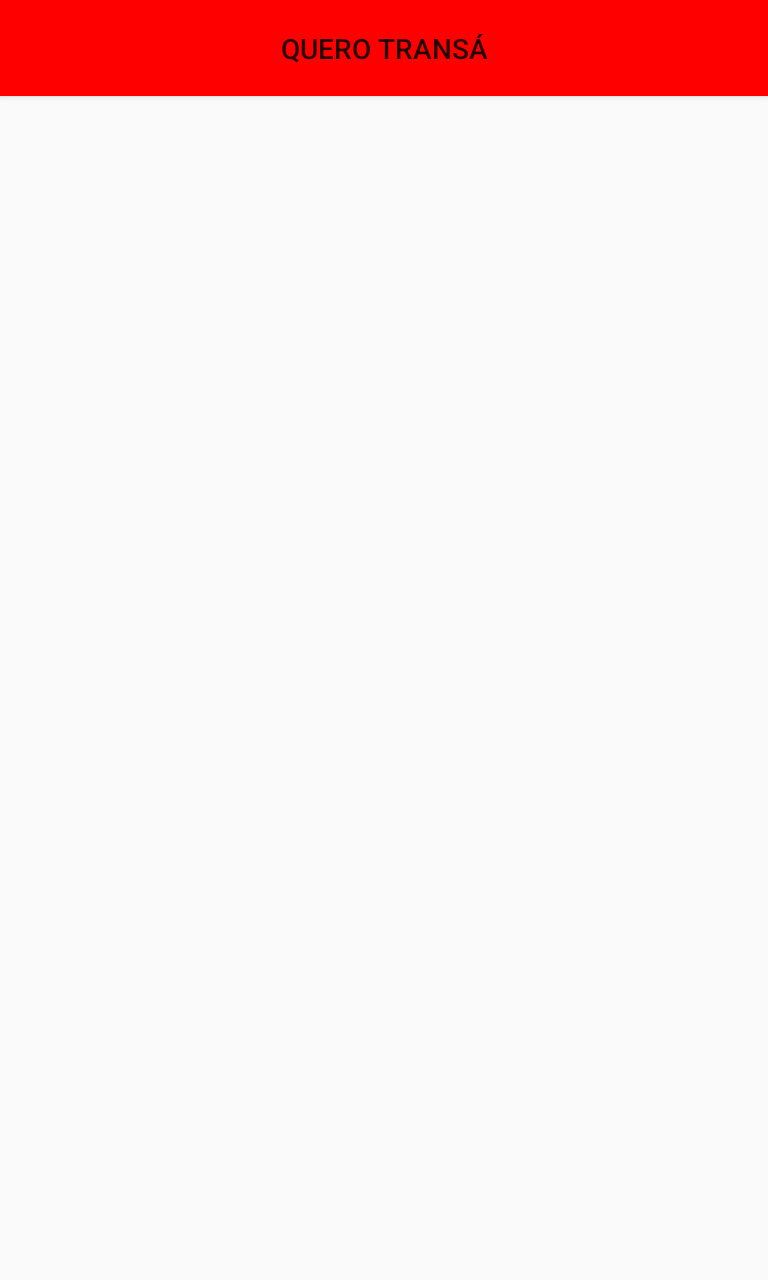
Repository: Cookahn/bioca_sounds
Layout: ChicoBiocaApp/res/layout/fragment_main.xml
These files come from the project's save history. The layout is drawn as it stood at one moment and after the next save; the edit follows.
It is drawn on a 768 x 1280 px phone screen (xhdpi) without system bars, with theme AppTheme; the app's code is not run.

Above is the layout before, as saved 2014-08-11 19:36:59.

### ChicoBiocaApp/res/layout/fragment_main.xml
<LinearLayout xmlns:android="http://schemas.android.com/apk/res/android"
    xmlns:tools="http://schemas.android.com/tools"
    android:layout_width="wrap_content"
    android:layout_height="wrap_content"
    tools:context="com.example.chicobiocaapp.MainActivity$PlaceholderFragment" >

	    <Button
        android:layout_width="match_parent"
        android:layout_height="wrap_content"
        android:text="@string/i_want_to_fuck"
        android:background="#ff0000"/>
    <TextView
        android:layout_width="wrap_content"
        android:layout_height="wrap_content"
        android:gravity="center_horizontal"
        android:text="@string/are_you_ready"
        android:textSize="25sp" />



</LinearLayout>

### ChicoBiocaApp/res/values/strings.xml
<?xml version="1.0" encoding="utf-8"?>
<resources>

    <string name="app_name">Chico Bioca Remix</string>
    <string name="are_you_ready">Está preparado para a melhor TRANSA da sua Vida?</string>
    <string name="action_settings">Settings</string>
    <string name="i_want_to_fuck">Quero Transá</string>

</resources>

Loaded but not shown: ChicoBiocaApp/res/values/styles.xml (common file); ChicoBiocaApp/res/values-v11/styles.xml (common file); ChicoBiocaApp/res/values-v14/styles.xml (common file)

After the next save:
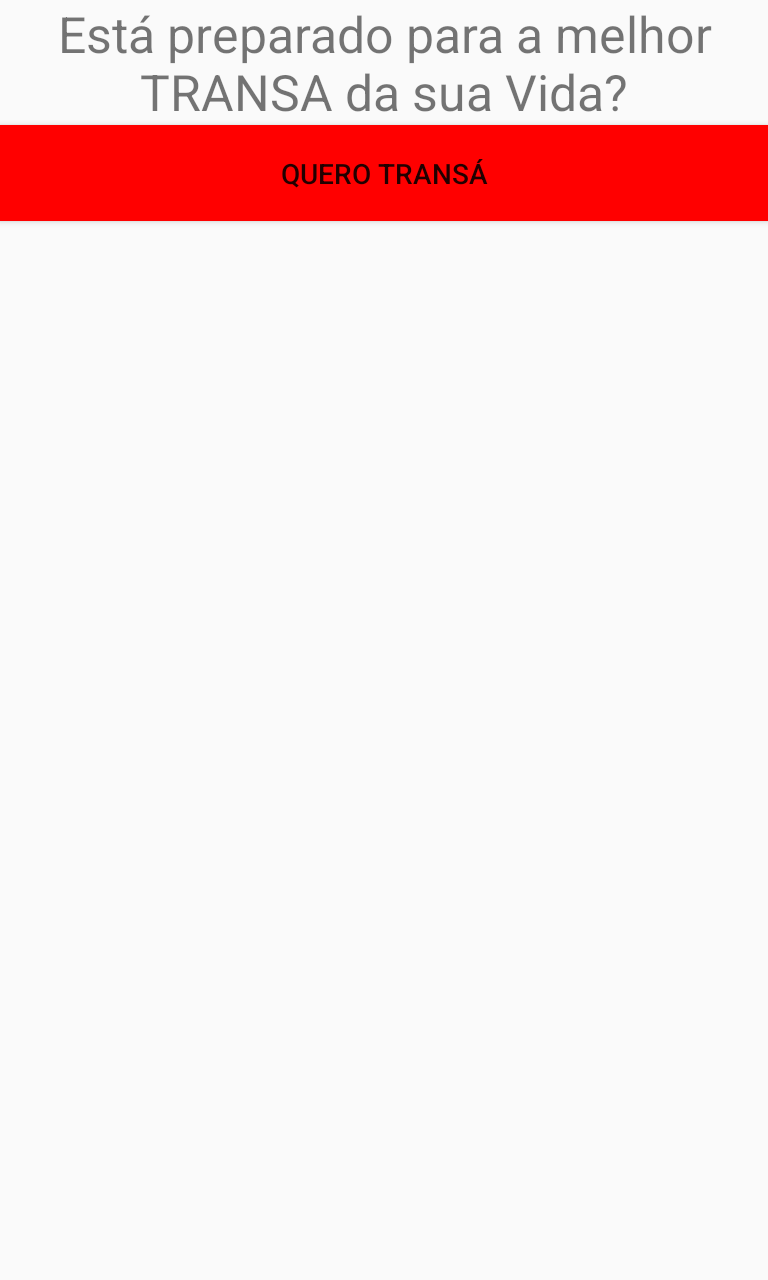
Saved 19 s later.
--- a/ChicoBiocaApp/res/layout/fragment_main.xml
+++ b/ChicoBiocaApp/res/layout/fragment_main.xml
@@ -2,13 +2,9 @@
     xmlns:tools="http://schemas.android.com/tools"
     android:layout_width="wrap_content"
     android:layout_height="wrap_content"
+    android:orientation="vertical"
     tools:context="com.example.chicobiocaapp.MainActivity$PlaceholderFragment" >
 
-	    <Button
-        android:layout_width="match_parent"
-        android:layout_height="wrap_content"
-        android:text="@string/i_want_to_fuck"
-        android:background="#ff0000"/>
     <TextView
         android:layout_width="wrap_content"
         android:layout_height="wrap_content"
@@ -16,6 +12,10 @@
         android:text="@string/are_you_ready"
         android:textSize="25sp" />
 
-
+    <Button
+        android:layout_width="match_parent"
+        android:layout_height="wrap_content"
+        android:text="@string/i_want_to_fuck"
+        android:background="#ff0000"/>
 
 </LinearLayout>
